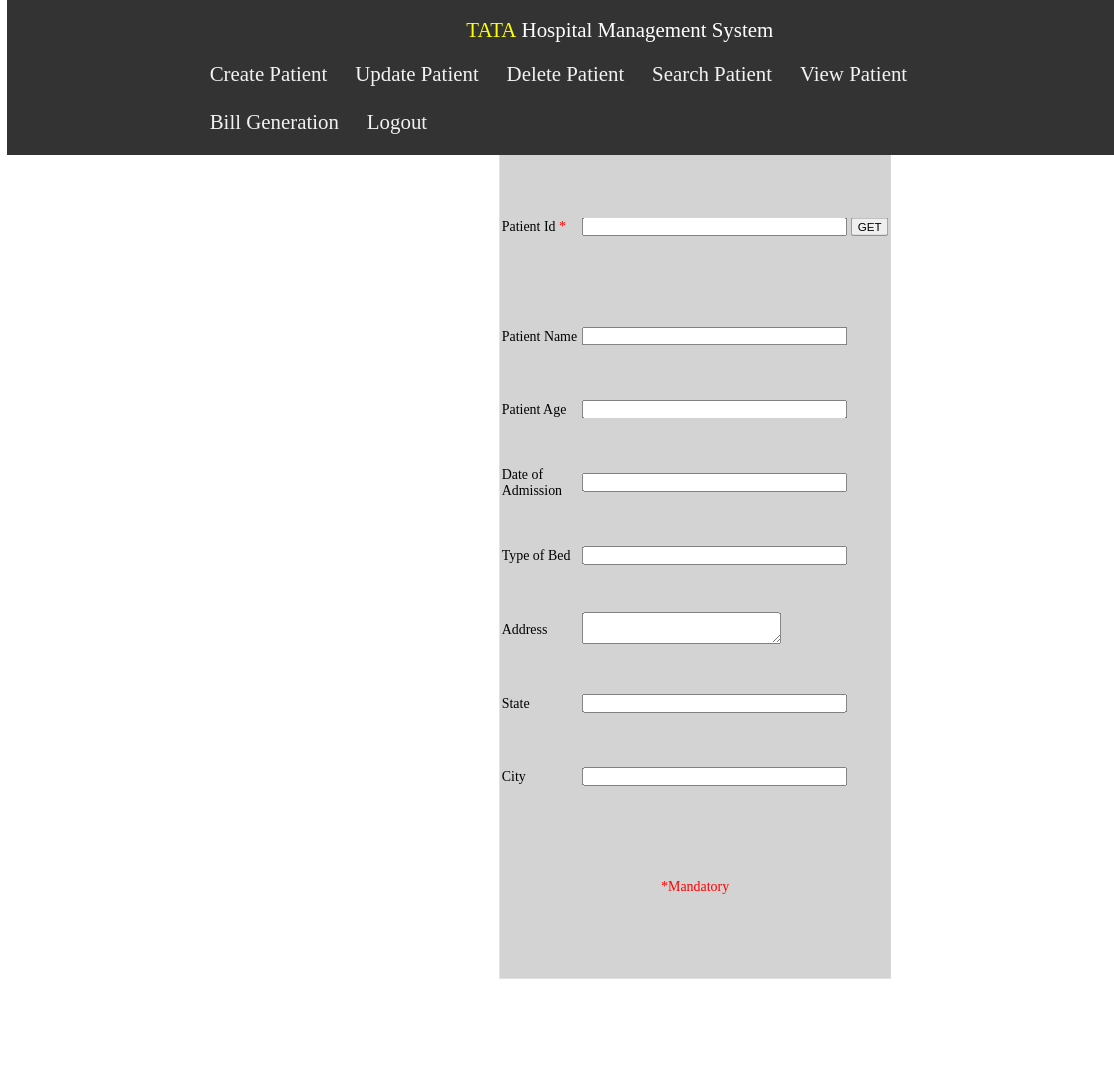
Repository: gopikavinod/RBM
Page: http://localhost/Hospital_Management_System/SearchPatient.jsp
An editor plug-in stored every save of this project. The page is shown before and after the next save, followed by the edit.
The browser window is 1280 px wide. The pictures show the whole page, at 87% of full size.
The page is served by Tomcat 9. Nobody is signed in. The application's start-up code is not run. The template is opened directly, without the code that normally fills it, so the values that code supplies are empty.

Above is the page before, as saved 2020-07-02 10:37:31.

After the next save:
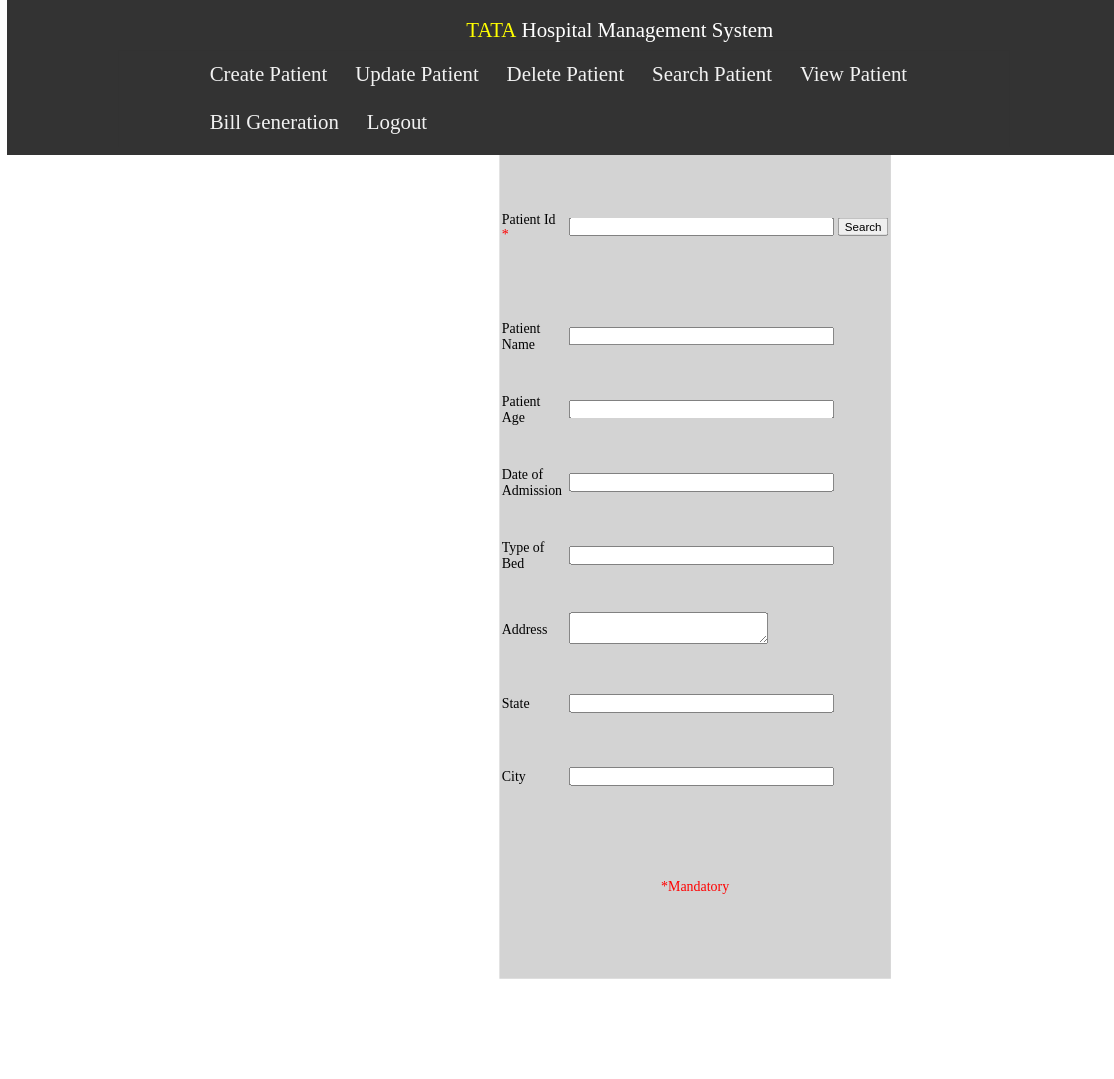
Saved 37 s later.
--- a/eclipse-workspace/Hospital Management System/WebContent/SearchPatient.jsp
+++ b/eclipse-workspace/Hospital Management System/WebContent/SearchPatient.jsp
@@ -57,7 +57,7 @@
 <font color="red">*</font>
 </td>
 <td><input type="text" name="pid" required="required" size=35> </td>
-<td><input type="submit" name="get" value="GET" onclick="form_validation()"></td>
+<td><input type="submit" name="get" value="Search" onclick="form_validation()"></td>
 </tr>
 
 <tr>
